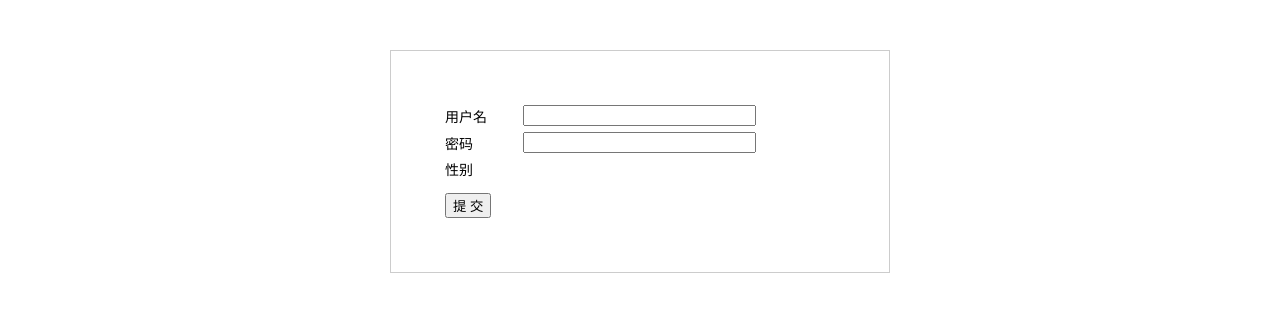
Repository: tangqingyun/java
Page: http://localhost/tamny_blog/Reg.jsp
These files come from the project's save history. The page is drawn as it stood at one moment and after the next save; the edit follows.
The browser window is 1280 px wide. The pictures show the whole page.
The page is served by Tomcat 9. Nobody is signed in. The application's start-up code is not run.

Above is the page before, as saved 2015-01-21 07:50:38.

After the next save:
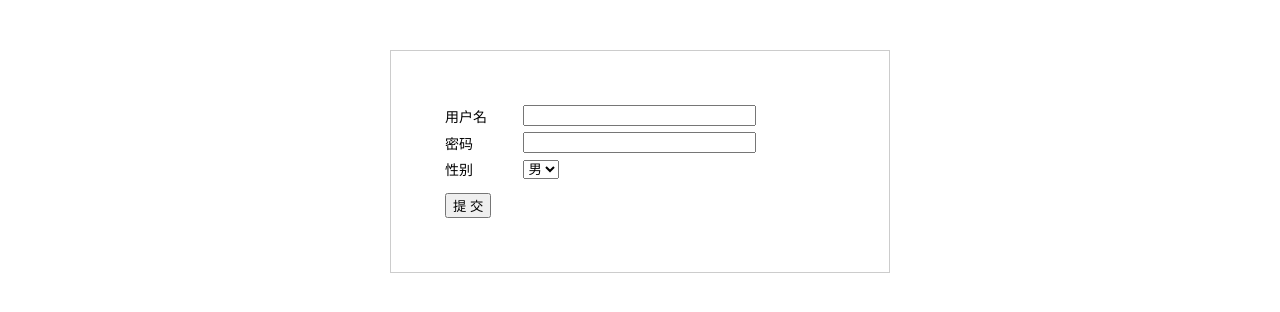
Saved 7 s later.
--- a/tamny_blog/WebContent/Reg.jsp
+++ b/tamny_blog/WebContent/Reg.jsp
@@ -28,6 +28,12 @@
 
 			<tr>
 				<td>性别</td>
+				<td>
+				<select name="user.sex">
+						<option value="0">男</option>
+						<option value="1">女</option>
+					</select>
+				</td>
 			</tr>
 
 
